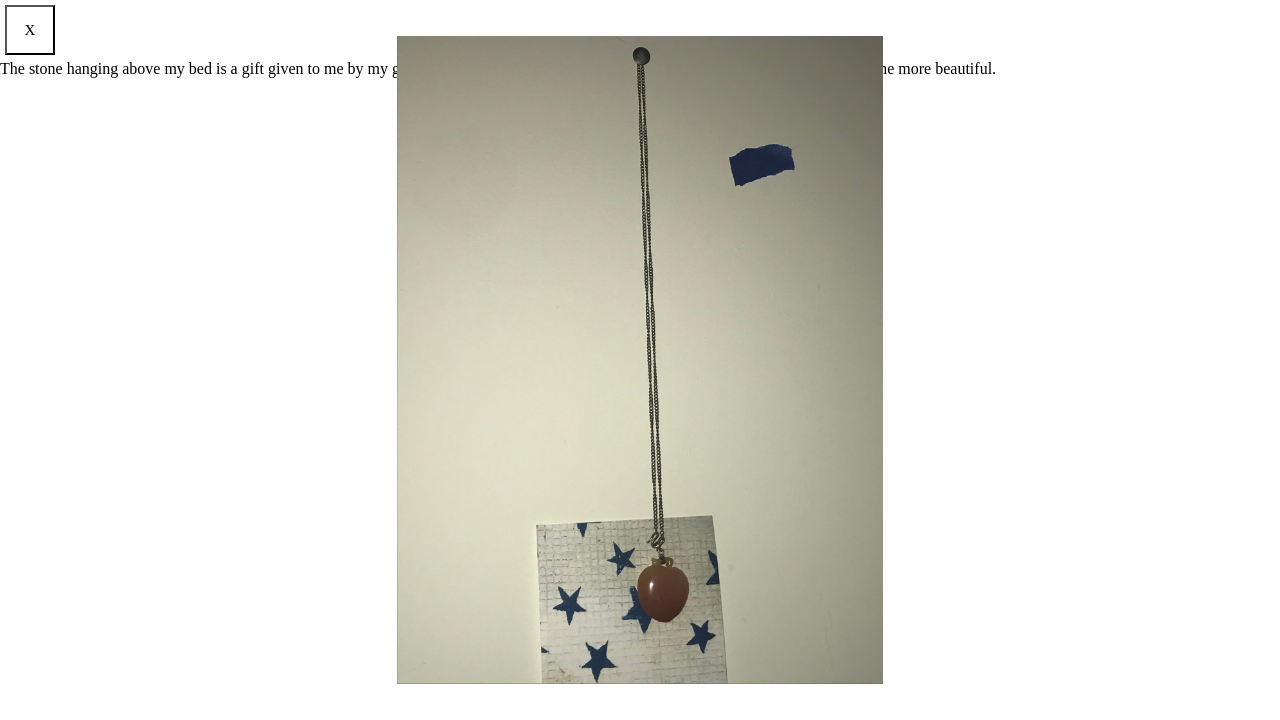
Repository: xuc009/assignment-4
Page: what.html
These files come from the project's save history. The page is drawn as it stood at one moment and after the next save; the edit follows.
The browser window is 1280 px wide. The pictures show the whole page.

Above is the page before, as saved 2019-12-11 16:20:16.
Console error: TypeError: Cannot read properties of null (reading 'addEventListener')

### what.html
<!DOCTYPE html>
<html>
<head>
	<meta charset="utf-8">
	<meta name="viewport" content="width=device-width, initial-scale=1, minimum-scale=1.0, user-scalable=no">
	<title>thing above my bed</title>
	<link rel="stylesheet" type="text/css" href="assets/style.css">
	<script type="text/javascript" src="assets/storageAvailable.js"></script>
	<script type="text/javascript" src="assets/script2.js"></script>
	<script src="assets/timeme.min.js"></script>

</head>
<body>

	<a href="index.html"><button id="question">X</button>
	</a>

	<div id="description">
		<p>The stone hanging above my bed is a gift given to me by my grandpa. He would polish it repetitively, because in doing so, it would become more beautiful. </p>
	</div>

	<img src="assets/stone.jpg">

</body>
</html>

### assets/style.css
*{
	padding: 0;
	margin: 0;
}

#root{
	background-color: magenta;
	width: 100vw;
	height: 100vh;
	position: absolute;
	top: 50%;
	left: 50%;
	transform: translate(-50%, -50%);
	z-index: 9;
}

#background{
	height: 100vh;
	width: 100vw;
	background-color: magenta;
	z-index: -4;
}

#question{
	background-color: white;
	width: 50px;
	height: 50px;
	z-index: 10;
	color: black;
	font-family: 'Times New Roman', Times, serif;
	font-size: 15px;
	margin: 5px;
}

img{
	height: 90vh;
	position: absolute;
	position: absolute;
	top: 50%;
	left: 50%;
	transform: translate(-50%, -50%);
}

#description{
}

### assets/storageAvailable.js
function storageAvailable(type) {
    var storage;
    try {
        storage = window[type];
        var x = '__storage_test__';
        storage.setItem(x, x);
        storage.removeItem(x);
        return true;
    }
    catch(e) {
        return e instanceof DOMException && (
            // everything except Firefox
            e.code === 22 ||
            // Firefox
            e.code === 1014 ||
            // test name field too, because code might not be present
            // everything except Firefox
            e.name === 'QuotaExceededError' ||
            // Firefox
            e.name === 'NS_ERROR_DOM_QUOTA_REACHED') &&
            // acknowledge QuotaExceededError only if there's something already stored
            (storage && storage.length !== 0);
    }
}

### assets/script2.js
console.log("local storage demo file");

var checkForItems = function () {
	if (!storageAvailable('localStorage')) { return; } // if we can use localStorage, don't return


	if (localStorage.getItem('background')) {
		// if item exists:
		console.log("yes!")
		var newColor = localStorage.getItem('background');
		// convert item?

		// apply item data to site:
		document.getElementById("root").style.backgroundColor = newColor;

	}
	else {
		console.log("no");
	}

	if (localStorage.getItem("count")) {
		count = parseInt(localStorage.getItem("count"));

		// update the css of the stone for wherever it was left off

	}

	if (localStorage.getItem("size")) {
		var size = localStorage.getItem("size");
		size = parseInt(size);

		// update the css of the stone for wherever it was left off
		document.getElementById("root").style.height = `${size}px`;
		document.getElementById("root").style.width = `${size}px`;
	}

	if (localStorage.getItem("borderRadius")) {
		var borderRadius = parseInt(localStorage.getItem("borderRadius"));
		// update the css of the stone for wherever it was left off
		document.getElementById("root").style.borderRadius = `${borderRadius}%`;
	}

	if (localStorage.getItem("width")){
		var width = parseInt(localStorage.getItem("width"));
		console.log("yes width");
		// update the css of the stone for wherever it was left off
		document.getElementById("root").style.width = `${width}px`;
	}

	if (localStorage.getItem("height")){
		var width = parseInt(localStorage.getItem("height"));
		console.log("yes height");
		// update the css of the stone for wherever it was left off
		document.getElementById("root").style.height = `${width}px`;
	}
}



// var saveUserInfo = function(){


// 	})

// 	TimeMe.initialize({
// 		currentPageName: "my-home-page", // current page
// 		idleTimeoutInSeconds: 30 // seconds
// 		});

// 		// ... Some time later ...

// 		// Retrieve time spent on current page
// 		var timeSpentOnPage = TimeMe.getTimeOnCurrentPageInSeconds();
// 		console.log("time:", timeSpentOnPage);

// 		TimeMe.callAfterTimeElapsedInSeconds(15, function(){
// 			console.log("The user has been actively using the page for 15 seconds! Let's prompt them with something.");

// 			newRed=255;
// 			newBlue=0;
// 			newGreen=0;

// 			var newColor = `rgb(${newRed}, ${newGreen}, ${newBlue})`
// 			localStorage.setItem('background', newColor);
// 			document.getElementById("root").style.backgroundColor= newColor;
// 		});

// }


// once content has been loaded
window.addEventListener('DOMContentLoaded', function () {
	checkForItems();
	// saveUserInfo(); // run saving user info
	stoneInteraction();
});



var red, blue, green, borderRadius;

//here:
// update count variable based off of localstorage item



var count = 0;
count = parseInt(count);

var colorChange = function (){

	var myDiv = document.getElementById("root");
	var goingup = true;
	var greenGoingup = true;
	var blueGoingup = true;

	myDiv.addEventListener('mousemove', function () {
		var currentColor = myDiv.style.backgroundColor;
		console.log(myDiv.style.backgroundColor);

		currentColor = currentColor.substring(4, currentColor.length - 1)
			.replace(/ /g, '')
			.split(',');

		console.log("current color:", currentColor);

		var red = currentColor[0];
		red = parseInt(red);
		var green = currentColor[1];
		green = parseInt(green);
		var blue = currentColor[2];
		blue = parseInt(blue);


		//var newRed = red + 1;
		var newGreen = green - 2;
		var newBlue = blue + 1;



		//RED
		if (goingup === true) {
			newRed = red + 2;
			console.log("going up", newRed)
			console.log (goingup)
			if (red >= 255) {
				goingup = false
			}
		} else {
			newRed = red - 2;
			if (red <= 0) {
				goingup = true;
			}
		}
		//GREEN
		if (greenGoingup === true) {
			newGreen = green + 6;
			if (green >= 255) {
				greenGoingup = false
			}
		} else {
			newGreen = green - 6;
			if (green <= 0) {
				greenGoingup = true;
			}
		}
		//BLUE
		if (blueGoingup === true) {
			newGreen = blue + 9;
			// console.log("going up", newRed)
			if (blue >= 255) {
				blueGoingup = false
			}
		} else {
			newBlue = blue - 9;
			// console.log("going down", newRed)
			if (blue <= 0) {
				blueGoingup = true;
			}
		}

		var newColor = `rgb(${newRed}, ${newGreen}, ${newBlue})`


		// save or overwrite item:
		localStorage.setItem('background', newColor);


		// update site:
		myDiv.style.backgroundColor = newColor;

	})

}

var stoneInteraction = function () {

	var myDiv = document.getElementById("root");

	myDiv.addEventListener("mouseenter", function () {

		count++;
		localStorage.setItem('count', count);
		console.log("count:", count);

		if (count > 0 && count <= 200) {
			colorChange();
		}else if (count > 200 && count <= 400) {
			//DECREASE TO SQUARE
				myDiv.addEventListener("mouseover", function () {
					var currentSize = myDiv.offsetWidth;
					currentSize = parseInt(currentSize);
					console.log("current size:", currentSize);
					var newSize = currentSize - .5;
					console.log("NEW size:", newSize)
					// save or overwrite item:
					localStorage.setItem('size', newSize);

					// update site:
					myDiv.style.height = `${newSize}px`;
					myDiv.style.width = `${newSize}px`;
				})

		} else if (count >= 400 && count < 800){
			//ROUND UNTIL CIRCULAR
			var newBorderRadius = (count / 100) * 5 + "%";
			console.log("border radius:", myDiv.style.borderRadius);
			localStorage.setItem('borderRadius', newBorderRadius);
			myDiv.style.borderRadius = newBorderRadius;

		} else if (count >= 800 && count < 1500) {
			//lengthen and flatten until line
			localStorage.setItem('borderRadius', 50 + "%");
			var newWidth = myDiv.offsetWidth + (count/50) + "px";
			var newHeight = myDiv.offsetHeight - (count/150) + "px";
			myDiv.style.width = `${newWidth}`;
			myDiv.style.height = `${newHeight}`;
			console.log(newHeight);
			localStorage.setItem(`height`, newHeight);
			localStorage.setItem('width', newWidth);
		} else if (count >= 1500 && count < 4000) {
			//line sinks
			var background = document.getElementById("background");
			background.style.backgroundColor=red;
			localStorage.setItem(`height`, 10 +"px");
			localStorage.setItem(`width`, 10 +"px");
			var newTopPosition = myDiv.offsetTop + 10 + "px";
			console.log("top",myDiv.offsetTop);
			myDiv.style.top = newTopPosition;
			localStorage.setItem('topPositon', newTopPosition);
		} else if (count >= 4000 && count < 5000)
			//line refils with a background interaction??
			localStorage.setItem("width", 100 +"vw");
			var newHeightLarge =myDiv.offsetHeight + 10 + "px";
			myDiv.style.height= newHeightLarge;
		})
	}

Loaded but not shown: assets/timeme.min.js (library)

After the next save:
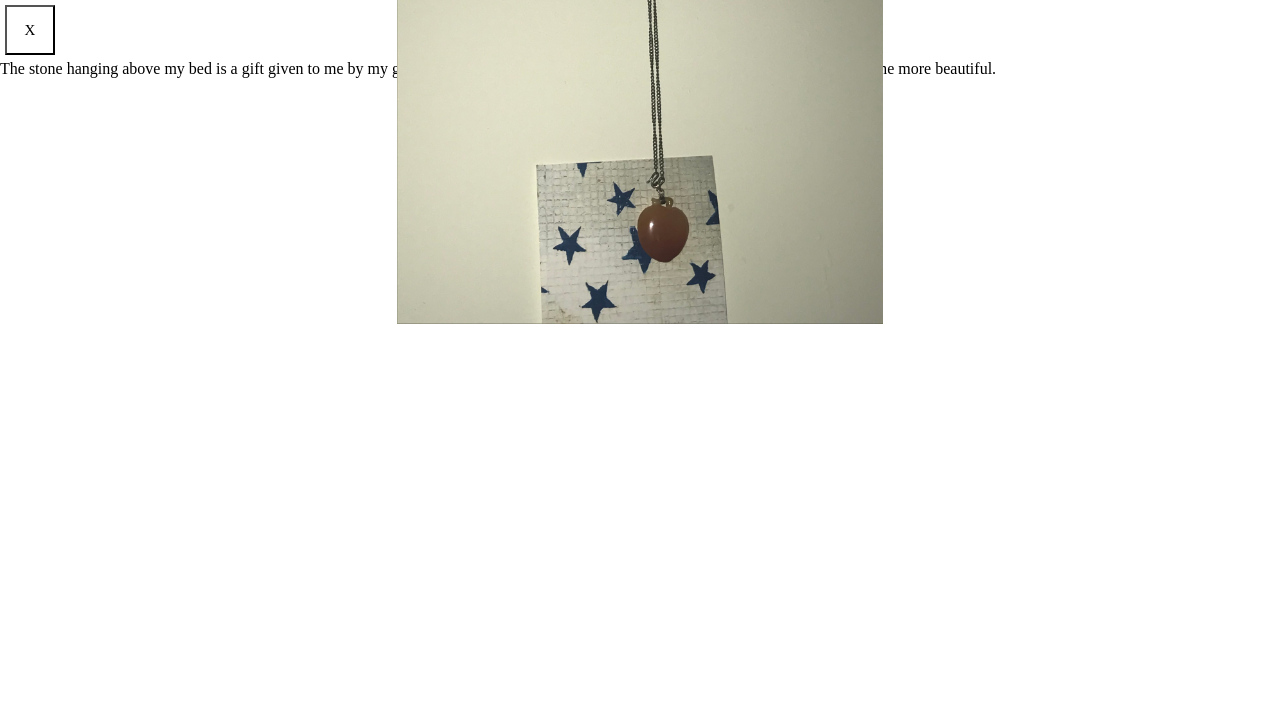
Saved 7 s later.
--- a/assets/style.css
+++ b/assets/style.css
@@ -36,7 +36,7 @@
 	height: 90vh;
 	position: absolute;
 	position: absolute;
-	top: 50%;
+	top: 0%;
 	left: 50%;
 	transform: translate(-50%, -50%);
 }

After the 2 saves that followed:
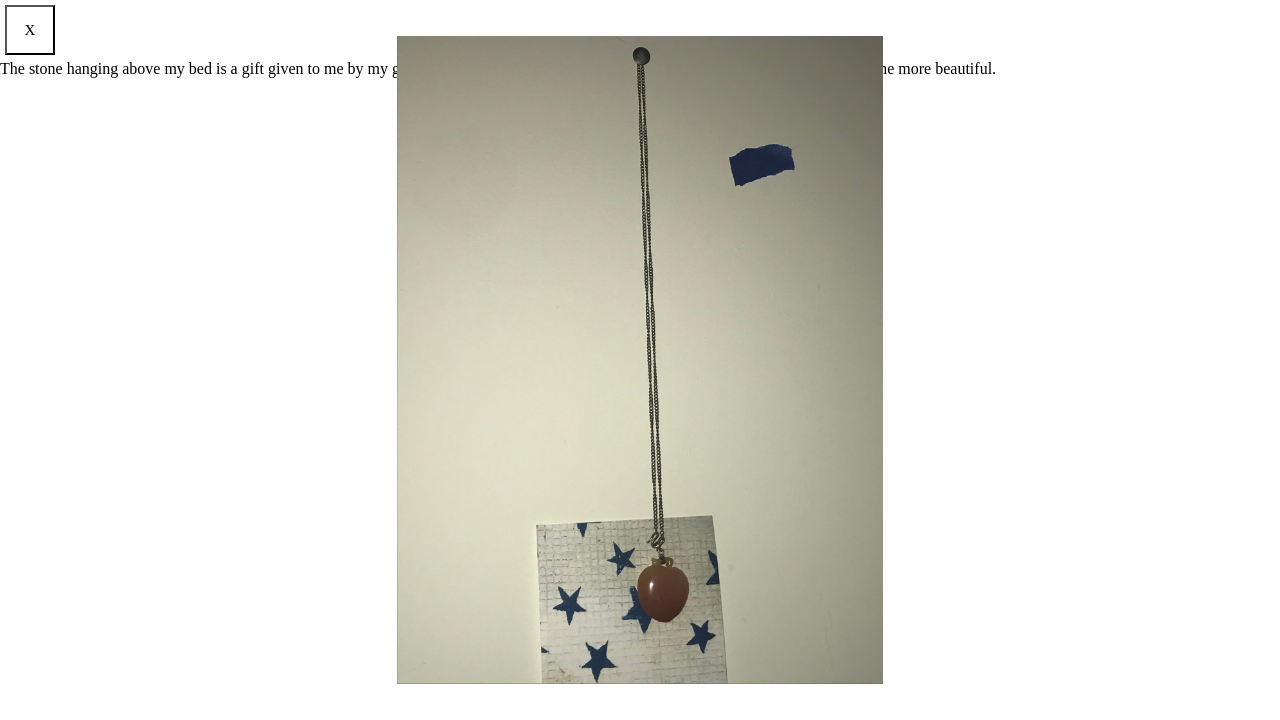
The 2 saves are shown as one change because they came seconds apart.
The last was saved 27 s later.
--- a/assets/style.css
+++ b/assets/style.css
@@ -35,8 +35,7 @@
 img{
 	height: 90vh;
 	position: absolute;
-	position: absolute;
-	top: 0%;
+	top: 50%;
 	left: 50%;
 	transform: translate(-50%, -50%);
 }
